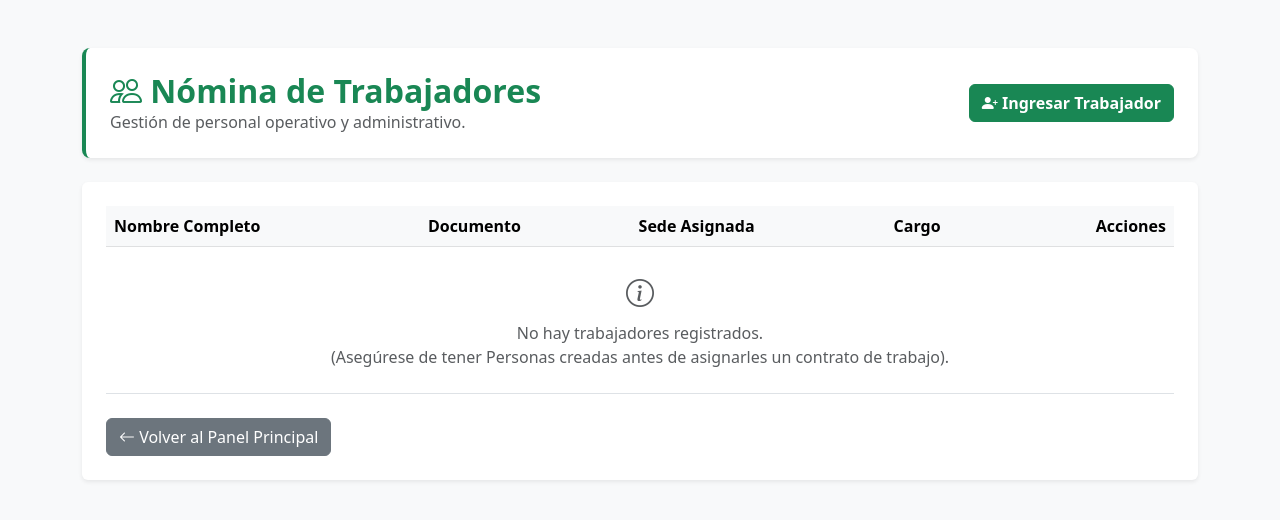
Repository: LuhizK/crm_ventas
Page: leads/templates/leads/listar_trabajadores.html
These files come from the project's save history. The page is drawn as it stood at one moment and after the next save; the edit follows.
The browser window is 1280 px wide. The pictures show the whole page.
The template is drawn by Django 5.2. The application's start-up code is not run. Other server files are loaded and not shown. The template is opened directly, without the code that normally fills it, so the values that code supplies are empty.

Above is the page before, as saved 2026-07-07 14:32:43.

### leads/templates/leads/listar_trabajadores.html
<!DOCTYPE html>
<html lang="es">
<head>
    <meta charset="UTF-8">
    <meta name="viewport" content="width=device-width, initial-scale=1.0">
    <title>Administrar Trabajadores - DeuDoor</title>
    <link href="https://cdn.jsdelivr.net/npm/bootstrap@5.3.0/dist/css/bootstrap.min.css" rel="stylesheet">
    <link rel="stylesheet" href="https://cdn.jsdelivr.net/npm/bootstrap-icons@1.11.0/font/bootstrap-icons.css">
</head>
<body class="bg-light">

    <div class="container mt-5">
        <div class="d-flex justify-content-between align-items-center bg-white p-4 shadow-sm rounded-3 mb-4 border-start border-success border-4">
            <div>
                <h2 class="text-success m-0 fw-bold"><i class="bi bi-people"></i> Nómina de Trabajadores</h2>
                <p class="text-muted m-0">Gestión de personal operativo y administrativo.</p>
            </div>
            <a href="{% url 'crear_trabajador' %}" class="btn btn-success fw-bold">
                <i class="bi bi-person-plus-fill"></i> Ingresar Trabajador
            </a>
        </div>

        <div class="card shadow-sm border-0 bg-white p-4">
            <table class="table table-hover align-middle mb-0">
                <thead class="table-light">
                    <tr>
                        <th>Nombre Completo</th>
                        <th>Documento</th>
                        <th>Sede Asignada</th>
                        <th>Cargo</th>
                        <th class="text-end">Acciones</th>
                    </tr>
                </thead>
                <tbody>
                    {% for trabajador in trabajadores %}
                    <tr>
                        <td class="fw-bold text-dark">{{ trabajador.id_persona.nombres }} {{ trabajador.id_persona.apellidos }}</td>
                        <td>{{ trabajador.id_persona.numero_documento_persona|default:"No registrado" }}</td>
                        <td>
                            {% if trabajador.id_sede %}
                                <span class="badge bg-secondary">{{ trabajador.id_sede.nombre_sede }}</span>
                            {% else %}
                                <span class="text-muted small">Sin Sede</span>
                            {% endif %}
                        </td>
                        <td>
                            {% if trabajador.id_cargo %}
                                <span class="badge bg-success">{{ trabajador.id_cargo.nombre_cargo }}</span>
                            {% else %}
                                <span class="text-muted small">Sin Cargo</span>
                            {% endif %}
                        </td>
                        <td class="text-end">
                            <a href="{% url 'editar_trabajador' trabajador.id_trabajador %}" class="btn btn-sm btn-outline-success fw-bold">
                                <i class="bi bi-pencil-square"></i> Editar
                            </a>
                        </td>
                    </tr>
                    {% empty %}
                    <tr>
                        <td colspan="5" class="text-center py-4 text-muted">
                            <i class="bi bi-info-circle fs-3 d-block mb-2"></i> No hay trabajadores registrados. <br> (Asegúrese de tener Personas creadas antes de asignarles un contrato de trabajo).
                        </td>
                    </tr>
                    {% endfor %}
                </tbody>
            </table>

            <div class="mt-4">
                <a href="{% url 'panel_control' %}" class="btn btn-secondary">
                    <i class="bi bi-arrow-left"></i> Volver al Panel Principal
                </a>
            </div>
        </div>
    </div>

</body>
</html>

After the next save:
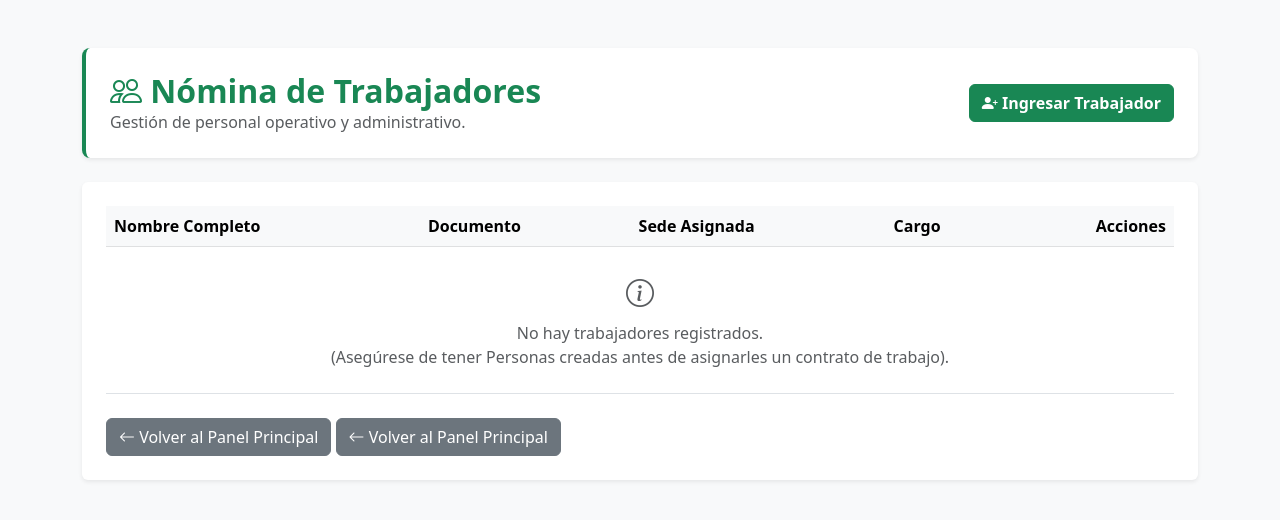
Saved 44 min 53 s later.
--- a/leads/templates/leads/listar_trabajadores.html
+++ b/leads/templates/leads/listar_trabajadores.html
@@ -70,6 +70,9 @@
                 <a href="{% url 'panel_control' %}" class="btn btn-secondary">
                     <i class="bi bi-arrow-left"></i> Volver al Panel Principal
                 </a>
+                                <a href="{% url 'panel_control' %}" class="btn btn-secondary">
+                    <i class="bi bi-arrow-left"></i> Volver al Panel Principal
+                </a>
             </div>
         </div>
     </div>

After the 2 saves that followed:
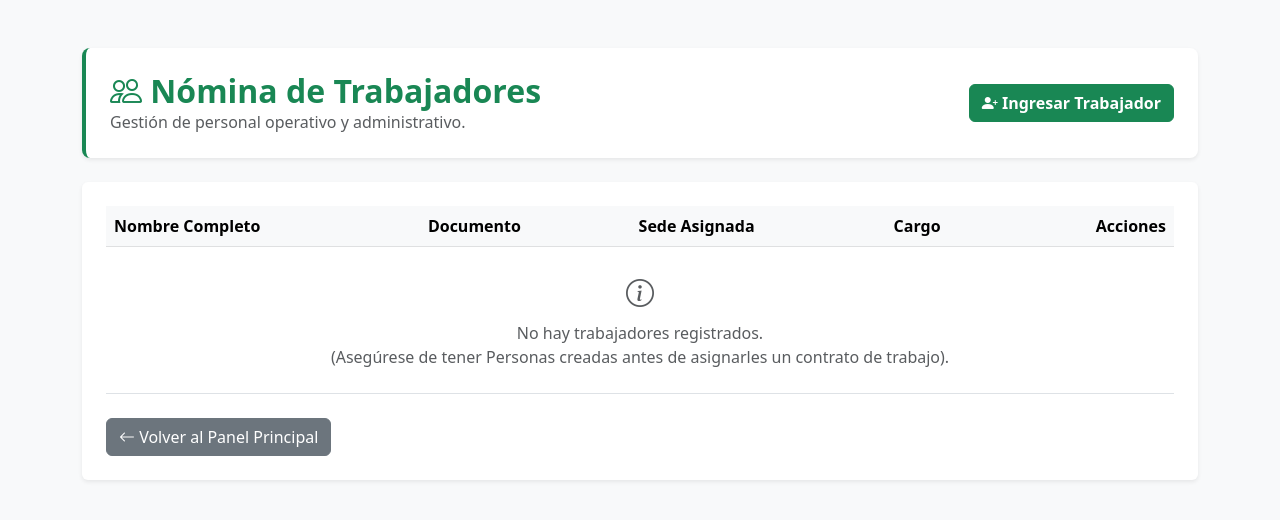
The 2 saves are shown as one change because 1 left the picture as it was.
The last was saved 20 s later.
--- a/leads/templates/leads/listar_trabajadores.html
+++ b/leads/templates/leads/listar_trabajadores.html
@@ -70,9 +70,6 @@
                 <a href="{% url 'panel_control' %}" class="btn btn-secondary">
                     <i class="bi bi-arrow-left"></i> Volver al Panel Principal
                 </a>
-                                <a href="{% url 'panel_control' %}" class="btn btn-secondary">
-                    <i class="bi bi-arrow-left"></i> Volver al Panel Principal
-                </a>
             </div>
         </div>
     </div>
